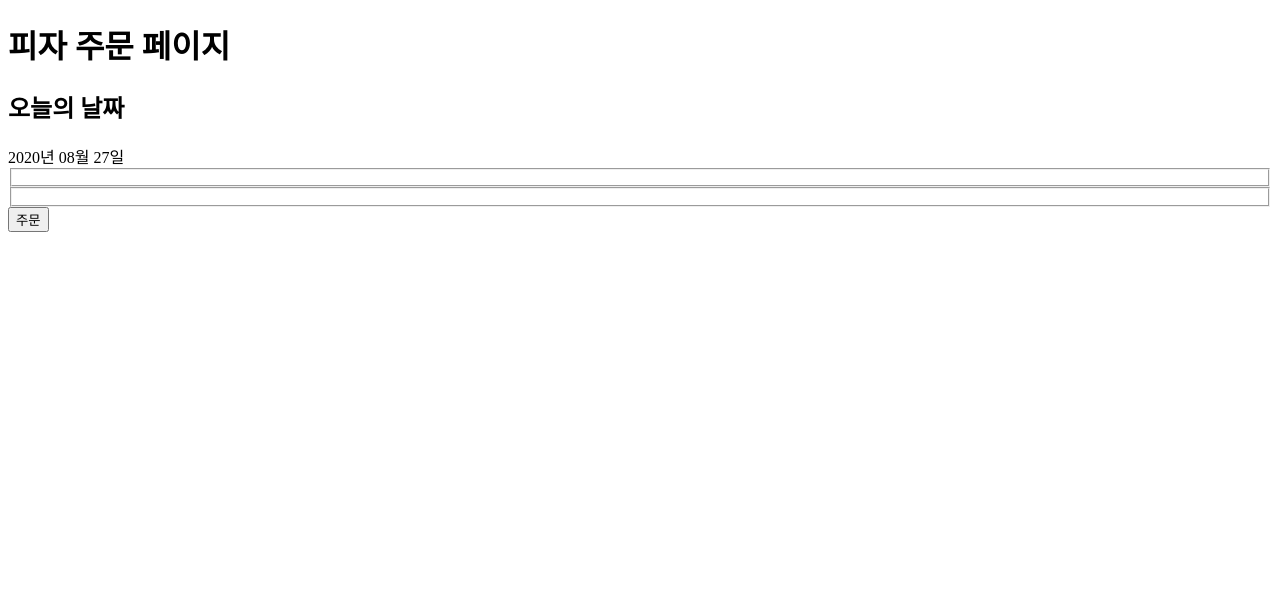
Repository: pje00427/webserver_workspace1
Page: http://localhost/2_JSP/views/04_pizzaOrderForm.jsp
These files come from the project's save history. The page is drawn as it stood at one moment and after the next save; the edit follows.
The browser window is 1280 px wide. The pictures show the whole page.
The page is served by Tomcat 9.

Above is the page before, as saved 2020-08-31 04:33:26.

After the next save:
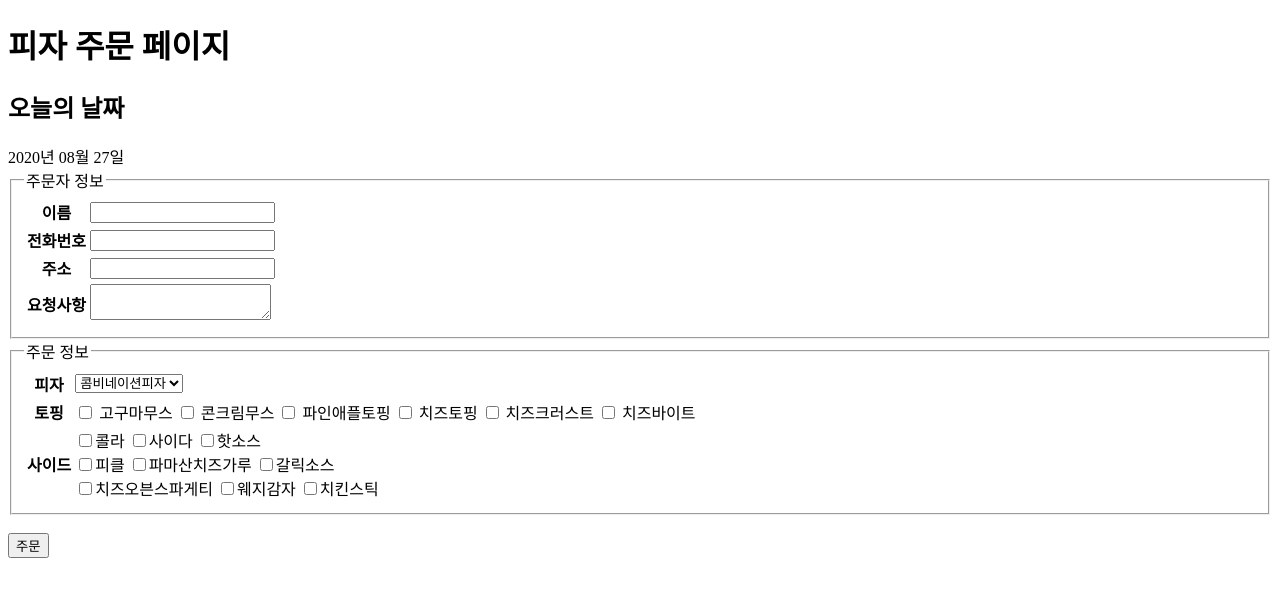
Saved 9 min 27 s later.
--- a/2_JSP/WebContent/views/04_pizzaOrderForm.jsp
+++ b/2_JSP/WebContent/views/04_pizzaOrderForm.jsp
@@ -12,13 +12,76 @@
 	<h2>오늘의 날짜</h2>
 	<%@ include file="includePage.jsp" %>
 
-	<form action="/2_JSP/confirmPizza.do" method="post">
+    <form action="/2_JSP/confirmPizza.do" method="post">
 		<fieldset>
+            <legend>주문자 정보</legend>
+            <table>
+                <tr>
+                    <th>이름</th>
+                    <td><input type="text" name="userName" required></td>
+                </tr>
+                <tr>
+                    <th>전화번호</th>
+                    <td><input type="tel" name="phone" required></td>
+                </tr>
+                <tr>
+                    <th>주소</th>
+                    <td><input type="text" name="address" required></td>
+                </tr>
+                <tr>
+                    <th>요청사항</th>
+                    <td><textarea name="message"></textarea></td>
+                </tr>
+            </table>
 
-		</fieldset>
+        </fieldset>
+
 		<fieldset>
+            <legend>주문 정보</legend>
+            <table>
+                <tr>
+                    <th>피자</th>
+                    <td>
+                        <select name="pizza">
+                            <option value="콤비네이션피자">콤비네이션피자</option>
+                            <option value="치즈피자">치즈피자</option>
+                            <option value="포테이토피자">포테이토피자</option>
+                            <option value="고구마피자">고구마피자</option>
+                            <option value="불고기피자">불고기피자</option>
+                        </select>
+                    </td>
+                </tr>
+                <tr>
+                    <th>토핑</th>
+                    <td>
+                        <input type="checkbox" name="topping" value="치즈토핑"> 고구마무스
+                        <input type="checkbox" name="topping" value="콘크림무스"> 콘크림무스
+                        <input type="checkbox" name="topping" value="파인애플토핑"> 파인애플토핑
+                        <input type="checkbox" name="topping" value="치즈토핑"> 치즈토핑
+                        <input type="checkbox" name="topping" value="치즈크러스트"> 치즈크러스트
+                        <input type="checkbox" name="topping" value="치즈바이트"> 치즈바이트
+                    </td>
+                </tr>
+                <tr>
+                    <th>사이드</th>
+                    <td>
+                        <input type="checkbox" name="topping" value="콜라">콜라
+                        <input type="checkbox" name="topping" value="사이다">사이다
+                        <input type="checkbox" name="topping" value="핫소스">핫소스
+                        <br>
+                        <input type="checkbox" name="topping" value="피클">피클
+                        <input type="checkbox" name="topping" value="파마산치즈가루">파마산치즈가루
+                        <input type="checkbox" name="topping" value="갈릭소스">갈릭소스
+                        <Br>
+                        <input type="checkbox" name="topping" value="치즈오븐스파게티">치즈오븐스파게티
+                        <input type="checkbox" name="topping" value="웨지감자">웨지감자
+                        <input type="checkbox" name="topping" value="치킨스틱">치킨스틱
 
-		</fieldset>
+                    </td>
+                </tr>
+            </table>
+        </fieldset>
+        <br>
 		<button type="submit">주문</button>
 	</form>
 
